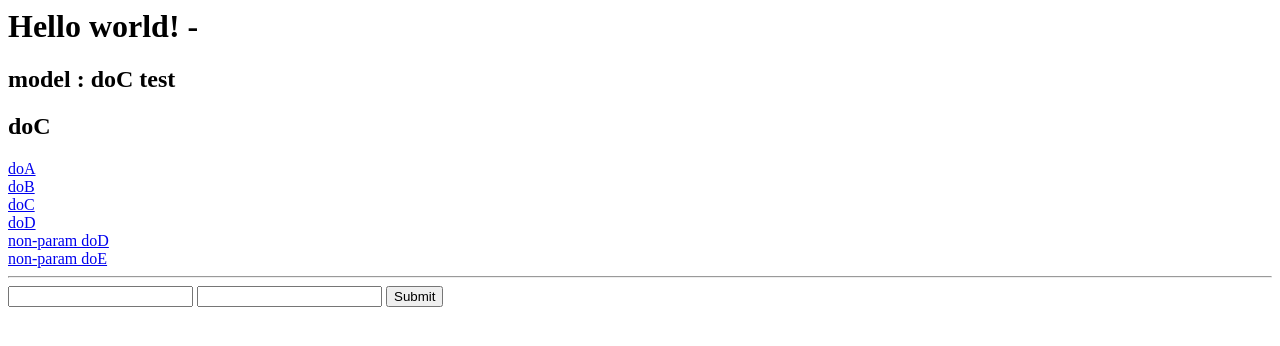
Repository: m1njunK/workspace-spring
Page: http://localhost/mvc_part01_controller/doC
The author's editor kept a copy of each file at every save. The page is drawn from the files as they stood at one save, then again after the next save.
The browser window is 1280 px wide. The pictures show the whole page.
The page is served by Tomcat 9. Other server files are loaded and not shown. The template is opened directly, without the code that normally fills it, so the values that code supplies are empty.

Above is the page before, as saved 2023-07-24 06:44:06.

### mvc_part01_controller/src/main/webapp/WEB-INF/views/home.jsp
<%@ taglib uri="http://java.sun.com/jsp/jstl/core" prefix="c" %>
<%@ page session="true" %>
<html>
<head>
	<title>Home</title>
</head>
<body>
<h1>
	Hello world! - ${sessionScope.test}
</h1>
<h2>
	model : ${requestScope.modelTest}
</h2>
<h2>
	doC
</h2>
<a href="doA">doA</a> <br/>
<a href="doB">doB</a> <br/>
<a href="doC">doC</a> <br/>
<a href="doD?msg=helloSpring">doD</a> <br/>
<a href="doD">non-param doD</a> <br/>
<a href="doE">non-param doE</a> <br/>
<hr/>
<form action="doF" method="POST">
	<input type="text" name="msg" required/>
	<input type="number" name="age" required/>
	<input type="submit" name="doF POST"/>
</form>
</body>
</html>

After the next save:
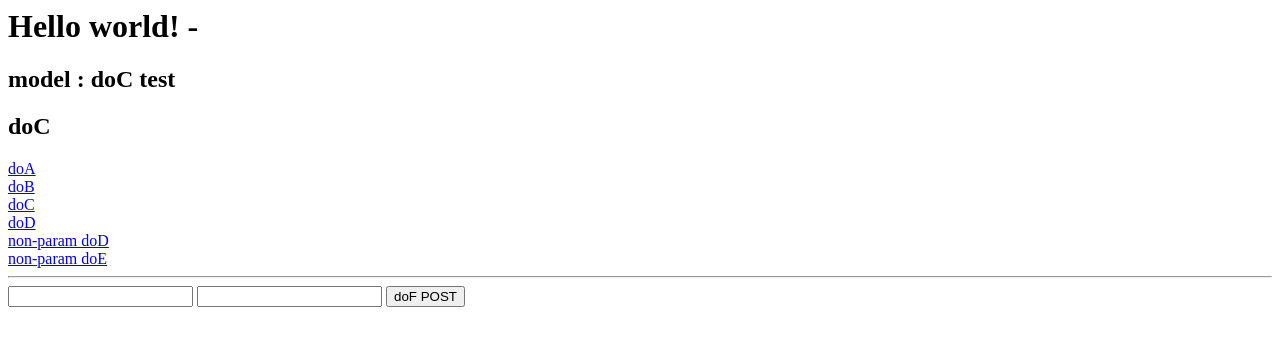
Saved 10 s later.
--- a/mvc_part01_controller/src/main/webapp/WEB-INF/views/home.jsp
+++ b/mvc_part01_controller/src/main/webapp/WEB-INF/views/home.jsp
@@ -24,7 +24,7 @@
 <form action="doF" method="POST">
 	<input type="text" name="msg" required/>
 	<input type="number" name="age" required/>
-	<input type="submit" name="doF POST"/>
+	<input type="submit" value="doF POST"/>
 </form>
 </body>
 </html>
